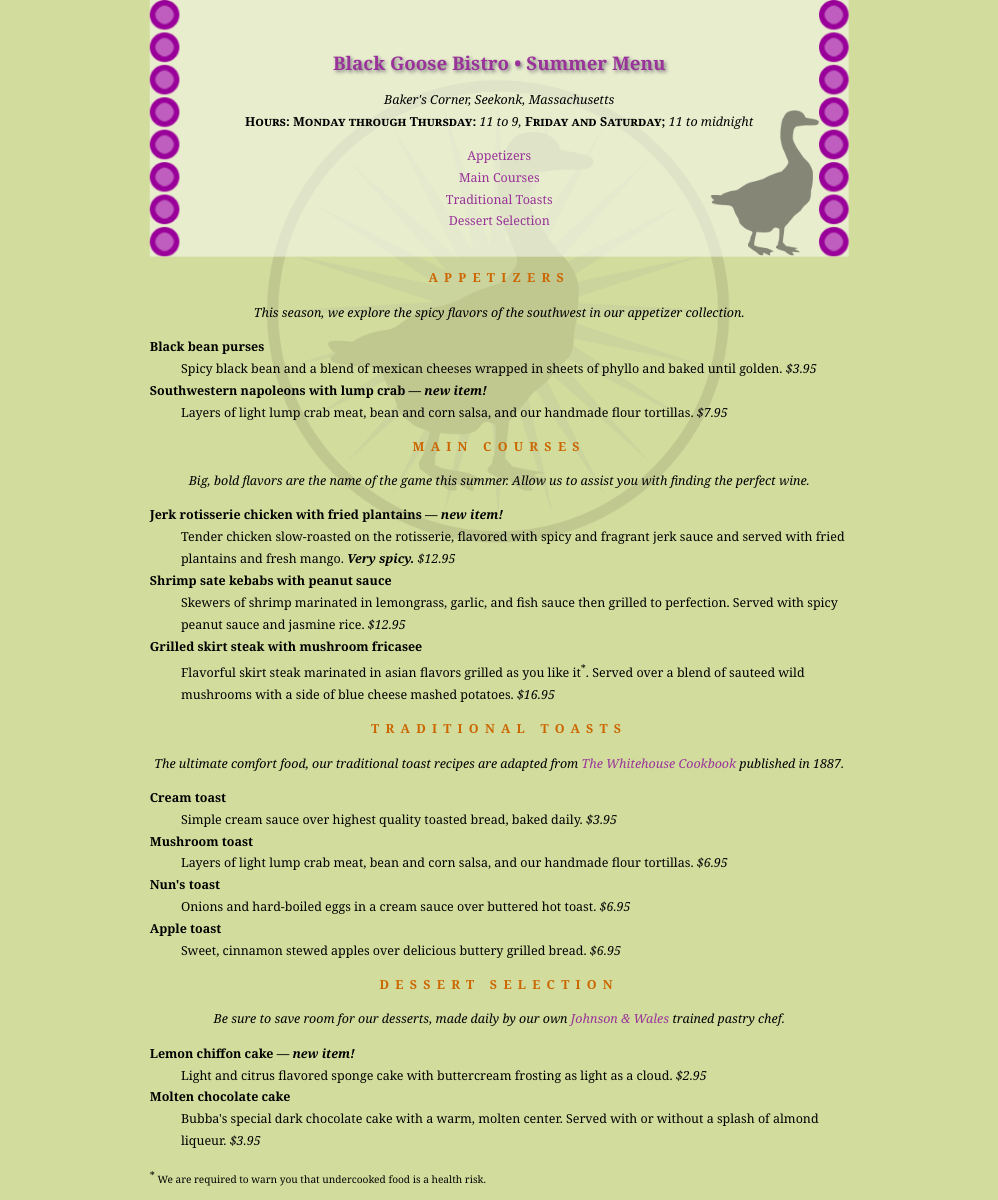
Repository: Colo-Codes/code-practice
Page: 02-css-practice-3.html
An editor plug-in stored every save of this project. The page is shown before and after the next save, followed by the edit.
The browser window is 1280 px wide. The pictures show the whole page, at 78% of full size.
Backgrounds fixed to the window are drawn as part of the page. Some web fonts or font styles are not loaded; a fallback is used.

Above is the page before, as saved 2021-05-06 14:52:58.

After the next save:
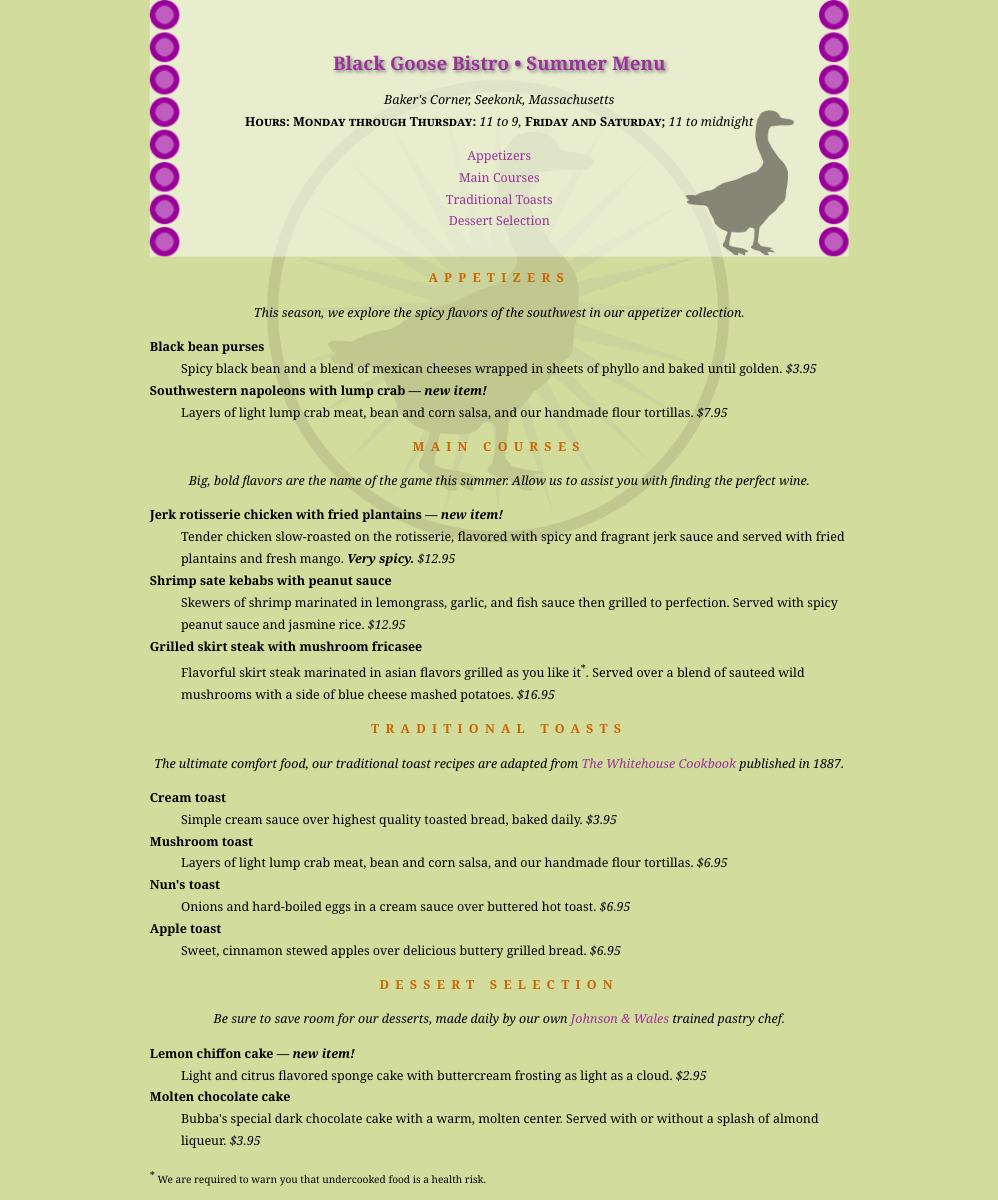
Saved 5 s later.
--- a/02-css-practice-3.html
+++ b/02-css-practice-3.html
@@ -32,7 +32,7 @@ header {
   background:
     url(./assets/img/purpledot.png) no-repeat space left top,
     url(./assets/img/purpledot.png) no-repeat space right top,
-    url(./assets/img/goose_shadow.png) no-repeat bottom right 2em;
+    url(./assets/img/goose_shadow.png) no-repeat bottom right 4em;
   background-color: rgba(255, 255, 255, .5);
 }
 
